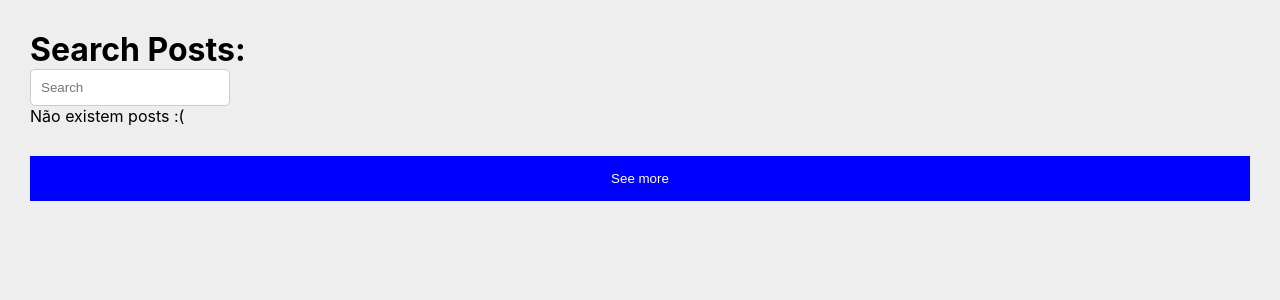
Repository: GiovanaBragio/ReactCourse
Page: / (app in project-1/)
The author's editor kept a copy of each file at every save. The page is drawn from the files as they stood at one save, then again after the next save.
The browser window is 1280 px wide. The pictures show the whole page.
The page's requests for data from a server got no answer. The project was rebuilt for these pictures with package versions that can differ from the ones it lists, and the page was loaded fresh each time. No one was signed in, and anything a server would have sent is missing. Also part of the build but not shown: project-1/src/components/PostCard/PostCard.styles.css, project-1/src/components/PostCard/PostCard.tsx, project-1/src/components/Post/Post.styles.css, project-1/src/components/Post/Post.tsx.

Above is the page before, as saved 2025-02-05 17:21:52.

### project-1/src/index.tsx
import React from 'react';
import ReactDOM from 'react-dom/client';
import './index.css';
import Home from './templates/Home/Home';

const root = ReactDOM.createRoot(
  document.getElementById('root') as HTMLElement
);
root.render(
  <React.StrictMode>
    <Home />
  </React.StrictMode>
);

### project-1/src/templates/Home/Home.tsx
import { useEffect, useState } from 'react';
import './Home.css';
import { PostCardProps } from '../../components/PostCard/PostCard.interface';
import Button from '../../components/Button/Button';
import InputText from '../../components/InputText/InputText';
import Post from '../../components/Post/Post';

function Home() {
  const [posts, setPosts] = useState<PostCardProps[]>([]);
  const [isButtonDisabled, setIsButtonDisabled] = useState(false);
  const [nextPosts, setNextPosts] = useState(10);
  const [search, setSearch] = useState('');
  const filterPosts = !!search ? posts.filter(post => post.title.toLowerCase().includes(search.toLowerCase())) : posts;

  useEffect(() => {
    loadPosts();
  }, []);

  const loadPosts = async () => {
    const responsePost = await fetch('https://jsonplaceholder.typicode.com/posts').then(response => response.json());
    const responsePhotos = await fetch('https://dummyjson.com/image/150');

    const postsWithPhotos = responsePost.map((post: PostCardProps, index: number) => {
      return {
        ...post,
        cover: responsePhotos.url
      }
    })

    setPosts(postsWithPhotos);
  }

  const seeMore = () => {
    let newNextPosts = nextPosts + 10;
    if (newNextPosts > 100) {
      setIsButtonDisabled(true);
    }
    setNextPosts(newNextPosts);
  }

  return (
    <div className="Home">
      <div className="home-search">
        <h1>Search Posts: {search}</h1>
        <InputText
          value={search}
          onChange={(event: React.ChangeEvent<HTMLInputElement>) => setSearch(event.target.value)} />
      </div>
      {filterPosts.length ? <Post posts={filterPosts} nextPosts={nextPosts} /> : <p>Não existem posts :(</p>}
      {!search && (
        <Button
          text={'See more'}
          onClick={seeMore}
          disabled={isButtonDisabled}
        />
      )}
    </div>
  );
}

export default Home;

### project-1/src/templates/Home/Home.css
*{
  margin: 0;
  padding: 0;
  box-sizing: border-box;
}

.Home {
  min-height: 100vh;
  background: #eee;
  padding: 30px;
}

.search-container {
  margin-bottom: 30px;
}
.search-container h1 {
  margin-bottom: 30px;
}

### project-1/src/components/Button/Button.tsx
import { ButtonProps } from "./Button.interface";
import './Button.styles.css';

const Button = ({ onClick, text, disabled }: ButtonProps) => {
    return (
        <button
            onClick={onClick}
            disabled={disabled}>
            {text}
        </button>
    )
}

export default Button;

### project-1/src/components/InputText/InputText.tsx
import { InputTextProps } from "./InputText.inerface";
import './InputText.styles.css';

const InputText = ({ value, onChange }: InputTextProps) => {
    return (
        <input
            className="inputText"
            type="text"
            placeholder="Search"
            value={value}
            onChange={onChange} />
    )
}

export default InputText;

### project-1/src/components/Button/Button.styles.css
button {
  width: 100%;
  background: blue;
  color: white;
  border: none;
  padding: 15px 30px;
  cursor: pointer;
  transition: ease-in-out 0.5s;
  margin-top: 30px;
}

button:hover {
  background-color: darkblue;
}

button:disabled {
  background-color: gray;
  cursor: not-allowed;
}

### project-1/src/components/InputText/InputText.styles.css
.inputText {
    padding: 10px;
    border: 1px solid #ccc;
    border-radius: 5px;
    width: 200px;
}

Loaded but not shown: project-1/public/index.html (common file); project-1/src/index.css (common file)

After the next save:
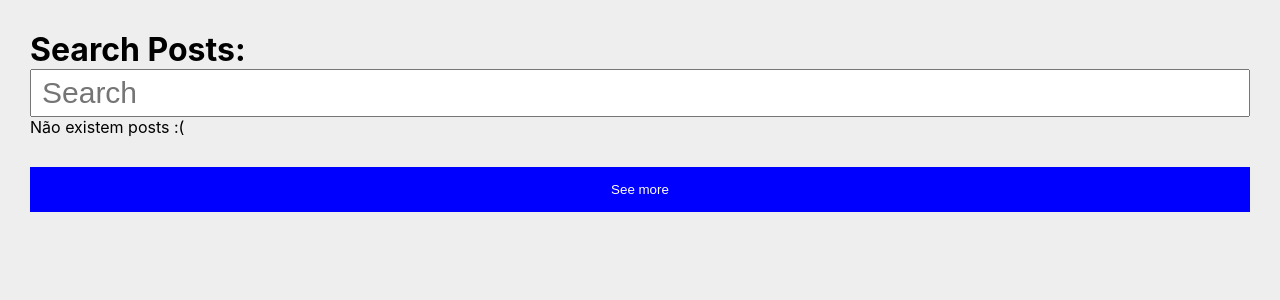
Saved 69 s later.
--- a/project-1/src/components/InputText/InputText.styles.css
+++ b/project-1/src/components/InputText/InputText.styles.css
@@ -1,6 +1,5 @@
 .inputText {
-    padding: 10px;
-    border: 1px solid #ccc;
-    border-radius: 5px;
-    width: 200px;
+    width: 100%;
+    font-size: 30px;
+    padding: 5px 10px;
 }
